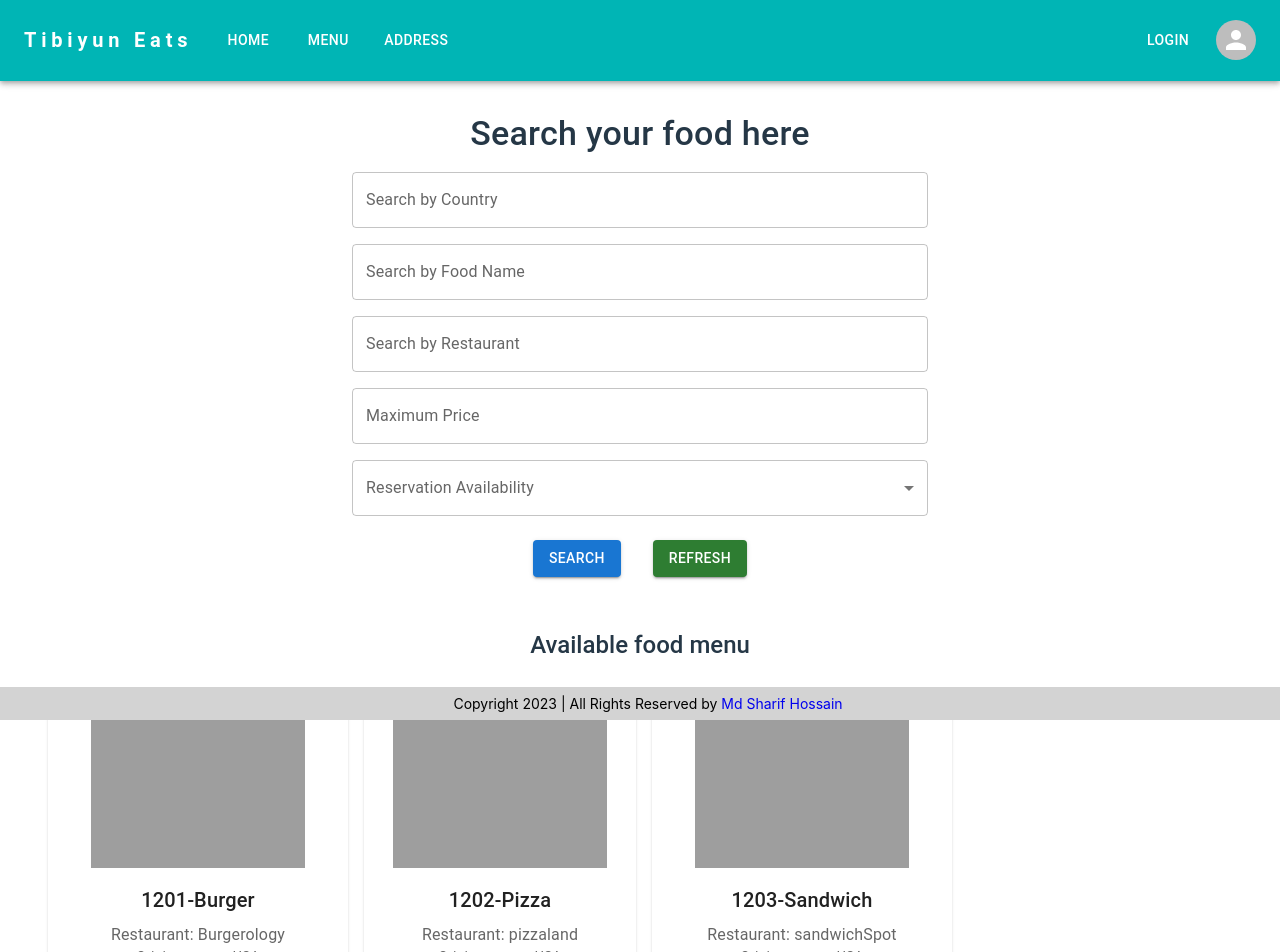
Repository: Sharif-00112/tibiyun-test-frontend
Page: /home
The author's editor kept a copy of each file at every save. The page is drawn from the files as they stood at one save, then again after the next save.
The browser window is 1280 px wide. The pictures show the part of the page from y = 0 to 952 px (the page is 3162 px tall).
Pictures or frames that could not be fetched are drawn as grey boxes. The page's requests for data from a server got no answer. The project was rebuilt for these pictures with package versions that can differ from the ones it lists, and the page was loaded fresh each time. No one was signed in, and anything a server would have sent is missing. Also part of the build but not shown: src/Pages/NotFound/NotFound.js, src/Pages/Login/Login/Login.js, src/Pages/Login/Register/Register.js, src/Pages/Dashboard/Dashboard/Dashboard.js, src/Pages/Login/PrivateRoute/PrivateRoute.js, src/Pages/Dashboard/AdminPanel/AdminPanel.js. Imported but missing from the stored project, and not drawn on this page: src/Pages/Login/AdminRoute/AdminRoute, src/hooks/useTitle.

Above is the page before, as saved 2023-08-22 15:19:48.

### src/App.js
// import logo from './logo.svg';
import './App.css';
import { BrowserRouter as Router, Route, Routes} from 'react-router-dom';
import Home from './Pages/Home/Home/Home';
import NotFound from './Pages/NotFound/NotFound';
import Login from './Pages/Login/Login/Login';
import Register from './Pages/Login/Register/Register';
import AuthProvider from './contexts/AuthProvider/AuthProvider';
import Dashboard from './Pages/Dashboard/Dashboard/Dashboard';
import PrivateRoute from './Pages/Login/PrivateRoute/PrivateRoute';
import Navbar from './Pages/Shared/Header/Navbar/Navbar';
import Footer from './Pages/Shared/Footer/Footer';
import AdminRoute from './Pages/Login/AdminRoute/AdminRoute';
import AdminPanel from './Pages/Dashboard/AdminPanel/AdminPanel';


function App() {
  return (
    <div className="App">
      <AuthProvider>
        <Router>
          <Navbar></Navbar>
          <Routes>
            <Route exact path = '/' element={<Home/>}/>
            <Route exact path = '/home' element={<Home/>}/>
            <Route exact path='/login' element={<Login/>} />
            <Route exact path='/register' element={<Register/>} />

            <Route exact path='/dashboard' element={
              <PrivateRoute>
                <Dashboard></Dashboard>
              </PrivateRoute>
            } />

            <Route exact path='/admin' element={
              <AdminRoute>
                <AdminPanel></AdminPanel>
              </AdminRoute>
            } />

            <Route path = '*' element={<NotFound/>}/>
          </Routes>
          <Footer></Footer>
        </Router>
      </AuthProvider>
    </div>
  );
}

export default App;

### src/Pages/Home/Home/Home.js
import React from 'react';
import WholeMenu from '../WholeMenu/WholeMenu';

const Home = () => {
    return (
        <div>
            <WholeMenu></WholeMenu>
        </div>
    );
};

export default Home;

### src/contexts/AuthProvider/AuthProvider.js
import React from 'react';
import { createContext } from 'react';
import useFirebase from '../../hooks/useFirebase';

export const AuthContext = createContext();

const AuthProvider = (props) => {
    const {children} = props;

    const allContexts = useFirebase();

    return (
        <AuthContext.Provider value={allContexts}>
            {children}
        </AuthContext.Provider>
    );
};

export default AuthProvider;

### src/Pages/Shared/Footer/Footer.js
import { Box, Typography } from '@mui/material';
import React from 'react';

const Footer = () => {
    return (
        <Box
            sx={{
                backgroundColor: 'lightgray',
                position: 'fixed',
                bottom: 0,
                left: 0,
                width: '100%',
                padding: '8px',
                marginTop: '15px'
            }}
        >
            <Typography sx={{ my: 0, mt: 0, fontSize: 14, fontWeight: 400 }} variant="" component="div">
                Copyright 2023 | All Rights Reserved by <a style={{textDecoration: 'none'}} href="http://www.sharif-hossain.com">Md Sharif Hossain</a>
            </Typography>
        </Box>
    );
};

export default Footer;

### src/Pages/Home/WholeMenu/WholeMenu.js
import React, { useState, useEffect } from 'react';
import Grid from '@mui/material/Grid';
import { Button, Container, Typography, TextField, MenuItem as MuiMenuItem } from '@mui/material';
import { Link } from 'react-router-dom';
import MenuItem from '../MenuItem/MenuItem';
import useAuth from '../../../hooks/useAuth';

const WholeMenu = () => {
    const { user } = useAuth();

    const [menu, setMenu] = useState([]);
    const [searchCountry, setSearchCountry] = useState('');
    const [searchFoodName, setSearchFoodName] = useState('');
    const [searchRestaurant, setSearchRestaurant] = useState('');
    const [searchMaxPrice, setSearchMaxPrice] = useState('');
    const [searchReservation, setSearchReservation] = useState('');
    const [searchResults, setSearchResults] = useState([]);

    useEffect(() => {
        const url = `/foodDB.json`;
        fetch(url)
            .then(res => res.json())
            .then(data => {
                setMenu(data);
                setSearchResults(data);
            });
    }, []);

    const filterMenuItems = () => {
        return menu.filter(menuItem =>
            menuItem.foodCountry.toLowerCase().includes(searchCountry.toLowerCase()) &&
            menuItem.foodName.toLowerCase().includes(searchFoodName.toLowerCase()) &&
            menuItem.restaurantName.toLowerCase().includes(searchRestaurant.toLowerCase()) &&
            (searchMaxPrice === '' || parseFloat(menuItem.foodPrice) <= parseFloat(searchMaxPrice)) &&
            (searchReservation === '' || menuItem.reservationAvailability.toLowerCase() === searchReservation.toLowerCase())
        );
    };

    const handleSearchSubmit = () => {
        // search operation
        const results = filterMenuItems();
        setSearchResults(results);

        // sending data to DB
        sendSearchResultsToDatabase(results);
    };

    const sendSearchResultsToDatabase = (results) => {
        const userEmail = user.email; // Replace with the actual user's email
        const currentDate = new Date().toISOString(); // Get the current date and time

        const dataToSend = {
            userEmail: userEmail,
            currentDate: currentDate,
            searchedBy: {searchCountry, searchFoodName, searchRestaurant, searchMaxPrice, searchReservation},
            searchResults: results,
        };

        const apiUrl = 'http://localhost:3010/searchResults';
        fetch(apiUrl, {
            method: 'POST',
            headers: {
                'Content-Type': 'application/json',
            },
            body: JSON.stringify(dataToSend),
        })
        .then(response => response.json())
        .then(data => {
            // console.log(data);
            if(data.insertedId){
                alert('Search result submitted successfully!');
            }
        })
        .catch(error => {
            console.error('Error sending search results to the database:', error);
        });
    };


    return (
        <div>
            <Container sx={{ flexGrow: 1, my: 4 }}>
                <Typography sx={{ fontWeight: 500, m: '25px auto 10px auto', color: '#253746' }} gutterBottom variant="h4" component="div">
                    Search your food here
                </Typography>

                <TextField
                    label="Search by Country"
                    value={searchCountry}
                    onChange={(e) => setSearchCountry(e.target.value)}
                    fullWidth
                    variant="outlined"
                    sx={{ m: 1, width: '50%' }}
                />

                <TextField
                    label="Search by Food Name"
                    value={searchFoodName}
                    onChange={(e) => setSearchFoodName(e.target.value)}
                    fullWidth
                    variant="outlined"
                    sx={{ m: 1, width: '50%' }}
                />

                <TextField
                    label="Search by Restaurant"
                    value={searchRestaurant}
                    onChange={(e) => setSearchRestaurant(e.target.value)}
                    fullWidth
                    variant="outlined"
                    sx={{ m: 1, width: '50%' }}
                />

                <TextField
                    label="Maximum Price"
                    type="number"
                    value={searchMaxPrice}
                    onChange={(e) => setSearchMaxPrice(e.target.value)}
                    fullWidth
                    variant="outlined"
                    sx={{ m: 1, width: '50%' }}
                />

                <TextField
                    select
                    label="Reservation Availability"
                    value={searchReservation}
                    onChange={(e) => setSearchReservation(e.target.value)}
                    fullWidth
                    variant="outlined"
                    sx={{ m: 1, width: '50%' }}
                >
                    <MuiMenuItem value="">All</MuiMenuItem>
                    <MuiMenuItem value="yes">Available</MuiMenuItem>
                    <MuiMenuItem value="no">Not Available</MuiMenuItem>
                </TextField>
                <br />
                {/* Submit Button */}
                <Button
                    variant="contained"
                    color="primary"
                    onClick={handleSearchSubmit}
                    sx={{ m: 2 }}
                >
                    Search
                </Button>
                <Button
                    variant="contained"
                    color="success"
                    sx={{ m: 2 }}
                    href="/"
                >
                    Refresh
                </Button>
                <br /><br />
                <Typography sx={{ fontWeight: 500, m: 2, color: '#253746' }} gutterBottom variant="h5" component="div">
                    Available food menu
                </Typography>
                <br /><br />
                <Grid container spacing={{ xs: 2, md: 3 }} columns={{ xs: 12, sm: 12, md: 12 }}>
                    {searchResults.map(menuItem => (
                        <MenuItem
                            key={menuItem.ID}
                            menuItem={menuItem}
                        />
                    ))}
                </Grid>
            </Container>
            <Typography sx={{ m: 1, color: '#2b6777', fontWeight: 400 }} variant="h6" component="div">
                Looking for something else?
            </Typography>
            <Button variant="contained" style={{ backgroundColor: '#253746' }} sx={{ mb: 4, textDecoration: 'none' }}>
                <Link to={'/contact'} style={{ textDecoration: 'none', color: 'white' }}>Contact US</Link>
            </Button>
            <br /><br />
        </div>
    );
};

export default WholeMenu;

### src/hooks/useAuth.js
import { useContext } from "react"
import { AuthContext } from "../../src/contexts/AuthProvider/AuthProvider"

const useAuth = () =>{
    return useContext(AuthContext);
}

export default useAuth;

### src/hooks/useFirebase.js
import { useState } from "react";
import initializeAuthentication from "../Pages/Login/Firebase/firebase.initialize";
import { getAuth, signInWithPopup, GoogleAuthProvider, onAuthStateChanged, signOut, createUserWithEmailAndPassword, signInWithEmailAndPassword, sendPasswordResetEmail, updatePassword, sendEmailVerification, updateProfile, getIdToken } from "firebase/auth";
import { useEffect } from "react";

initializeAuthentication();

const useFirebase = () =>{
    const [user, setUser] = useState({});
    const [error, setError] = useState('');
    const [name, setName] = useState('');
    const [email, setEmail] = useState('');
    const [password, setPassword] = useState('');
    const [isLoading, setIsLoading] = useState(true);
    const [admin, setAdmin] = useState(false);
    const [token, setToken] = useState('');

    const googleProvider = new GoogleAuthProvider();
    const auth = getAuth();

    const signInUsingGoogle = (location, navigate) =>{
      setIsLoading(true);
      signInWithPopup(auth, googleProvider)
      .then((result) => {
          // This gives you a Google Access Token. You can use it to access the Google API.
          // const credential = GoogleAuthProvider.credentialFromResult(result);
          // const token = credential.accessToken;
          // The signed-in user info.
          setUser(result.user);
          // save user to the database
          saveUserToDB(result.user.email, result.user.displayName, 'PUT');
          const destination = location?.state?.from || '/dashboard';
          navigate(destination);
      }).catch((error) => {
          // Handle Errors here.
          setError(error.code);
          setError(error.message);
          // The email of the user's account used.
          setError(error.customData.email);
          // The AuthCredential type that was used.
          setError(GoogleAuthProvider.credentialFromError(error));
      }).finally(() =>{
        setIsLoading(false);
      });
    };

    const customLogin = (email, password, location, navigate) =>{
      setIsLoading(true);
      signInWithEmailAndPassword(auth, email, password)
      .then((userCredential) => {
        // Signed in
        const destination = location?.state?.from || '/';
        navigate(destination);
        setUser(userCredential.user);
        setError('');
      })
      .catch((error) => {
        setError(error.code);
        setError(error.message);
      })
      .finally(() => setIsLoading(false));
    };

    const customRegister = (email, password, navigate, name) =>{
      setIsLoading(true);
      createUserWithEmailAndPassword(auth, email, password)
      .then((userCredential) => {
        // Signed in
        // updating name in firebase
        updateProfile(auth.currentUser, {
          displayName: name
        }).then(() => {
          // Profile updated!
        }).catch((error) => {
          setError(error.code);
          setError(error.message);
        });
        // const user = userCredential.user;
        // console.log(user);
        setUser(userCredential.user);
        // save user to the database
        saveUserToDB(userCredential.user.email, userCredential.user.displayName, 'POST')
        // clear error message
        setError('');
        alert("Registration successful. Please login now");
        logout();
        navigate('/login')
      })
      .catch((error) => {
        setError(error.code);
        setError(error.message);
      })
      .finally(() => setIsLoading(false));
    };

    const handleLoginSubmitBtn = e =>{
      e.preventDefault();
      // console.log(email, password);
      customLogin(email, password);
    }

    const handleRegisterSubmitBtn = e =>{
      e.preventDefault();
      // console.log(email, password);

      if(!/.{8,}/.test(password)){
        setError('Ensure password is of minimum length 8');
        return;
      }
      customRegister(email, password);
    }

    const handleNameChange = e =>{
      setName(e.target.value);
    }

    const handleEmailChange = e =>{
      setEmail(e.target.value);
    }

    const handlePasswordChange = e =>{
      setPassword(e.target.value);
    }

    const handleForgotPassword = () =>{
      sendPasswordResetEmail(auth, email)
      .then(() => {
        // Password reset email sent!
      })
      .catch((error) => {
        setError(error.code);
        setError(error.message);
      });
    }

    const handleChangePassword = () =>{
      const user = auth.currentUser;
      const newPassword = password;
      updatePassword(user, newPassword).then(() => {
        // Update successful.
      }).catch((error) => {
        setError(error.code);
        setError(error.message);
      });
    }

    const setUserName = () =>{
      updateProfile(auth.currentUser, {
        displayName: name
      }).then(() => {
        // Profile updated!
      }).catch((error) => {
        setError(error.code);
        setError(error.message);
      });
    }

    const verifyEmail = () =>{
      sendEmailVerification(auth.currentUser)
      .then(() => {
        // Email verification sent!
      }).catch((error) => {
        setError(error.code);
        setError(error.message);
      });
    }

    //observe user login change
    useEffect(()=>{
        const unsubscribe = onAuthStateChanged(auth, (user) => {
            if (user) {
              // User is signed in
              setUser(user);

              //JWT (different style from Firebase documentation)
              getIdToken(user)
              // .then(idToken => console.log(idToken))
              // .then(idToken => localStorage.setItem('idToken', idToken))
              .then(idToken => setToken(idToken))

            } else {
              // User is signed out
              setUser({});
            }
            setIsLoading(false);
          });
          return () => unsubscribe;
    },[auth]);

    // check Admin
    useEffect( () =>{
      fetch(`http://localhost:3010/users/${user.email}`)
      .then(res => res.json())
      .then(data => setAdmin(data.admin))
    } ,[user.email])

    const logout = () =>{
      setIsLoading(true);
      signOut(auth)
      .then(() => {
          // Sign-out successful.
          setUser({});
        }).catch((error) => {
          setError(error);
        }).finally(()=>{
          setIsLoading(false);
        });
    }

    const saveUserToDB = (email, displayName, method) =>{
      const user = {email, displayName};
      fetch('http://localhost:3010/users', {
          method: method,
          headers: {
              'content-type' : 'application/json'
          },
          body: JSON.stringify(user)
      })
      .then()
    }

    return {
      signInUsingGoogle,
      customLogin,
      customRegister,
      handleLoginSubmitBtn,
      handleRegisterSubmitBtn,
      handleNameChange,
      handleEmailChange,
      handlePasswordChange,
      handleForgotPassword,
      handleChangePassword,
      verifyEmail,
      setUserName,
      logout,
      user,
      admin,
      error,
      isLoading,
      token
    };
}

export default useFirebase;

### src/Pages/Home/MenuItem/MenuItem.js
import React from 'react';
import Grid from '@mui/material/Unstable_Grid2';
import Card from '@mui/material/Card';
import CardActions from '@mui/material/CardActions';
import CardContent from '@mui/material/CardContent';
import CardMedia from '@mui/material/CardMedia';
import Button from '@mui/material/Button';
import Typography from '@mui/material/Typography';


const MenuItem = (props) => {
    const { foodCode, foodName, foodImage, foodCountry, foodPrice, restaurantName, restaurantAddress, reservationAvailability } = props.menuItem;

    return (
        <Grid xs={6} sm={4} md={3} >
            <Card sx={{ maxWidth: 300, m:1 }}>
                <CardMedia
                    component="img"
                    src={foodImage}
                    alt={foodName}
                    style={{ width: 'auto', height: 160, margin: '0 auto', marginTop: '7px'}}
                />
                <CardContent>
                    <Typography gutterBottom variant="h6" component="div" sx={{ overflow: 'hidden', textOverflow: 'ellipsis', display: '-webkit-box', WebkitBoxOrient: 'vertical', WebkitLineClamp: 1 }}>
                        {foodCode}-{foodName}
                    </Typography>
                    <Typography variant="body1" color="text.secondary" sx={{ overflow: 'hidden', textOverflow: 'ellipsis', display: '-webkit-box', WebkitBoxOrient: 'vertical', WebkitLineClamp: 1 }}>
                        Restaurant: {restaurantName}
                    </Typography>
                    <Typography variant="body2" color="text.secondary" sx={{ overflow: 'hidden', textOverflow: 'ellipsis', display: '-webkit-box', WebkitBoxOrient: 'vertical', WebkitLineClamp: 1 }}>
                        Origin country: {foodCountry}
                    </Typography>
                    <Typography variant="body2" color="text.secondary" sx={{ overflow: 'hidden', textOverflow: 'ellipsis', display: '-webkit-box', WebkitBoxOrient: 'vertical', WebkitLineClamp: 1 }}>
                        Address: {restaurantAddress}
                    </Typography>
                    <Typography variant="body2" color="text.secondary" sx={{ overflow: 'hidden', textOverflow: 'ellipsis', display: '-webkit-box', WebkitBoxOrient: 'vertical', WebkitLineClamp: 1 }}>
                        Res. Requirement: {reservationAvailability}
                    </Typography>
                </CardContent>
                <CardActions  style={{ display: 'flex', justifyContent: 'space-around' }}>
                    <Button size="small">BDT {foodPrice}</Button>
                    <Button size="small">Order Online</Button>
                </CardActions>
            </Card>
        </Grid>
    );
};

export default MenuItem;

### src/Pages/Login/Firebase/firebase.initialize.js
// console.log(process.env);
import { initializeApp } from "firebase/app";
import firebaseConfig from "./firebase.config";

const initializeAuthentication = () =>{
    initializeApp(firebaseConfig);
}

export default initializeAuthentication;

### src/Pages/Login/Firebase/firebase.config.js
// console.log(process.env);

const firebaseConfig = {
    apiKey: process.env.REACT_APP_FIREBASE_API_KEY,
    authDomain: process.env.REACT_APP_FIREBASE_AUTH_DOMAIN,
    projectId: process.env.REACT_APP_FIREBASE_PROJECT_ID,
    storageBucket: process.env.REACT_APP_FIREBASE_STORAGE_BUCKET,
    messagingSenderId: process.env.REACT_APP_FIREBASE_MESSAGING_SENDER_ID,
    appId: process.env.REACT_APP_FIREBASE_APP_ID,
    measurementId: process.env.REACT_APP_FIREBASE_MEASUREMENT_ID
  };

  export default firebaseConfig;

Loaded but not shown: src/index.js (common file); src/index.css (common file); src/reportWebVitals.js (common file); src/App.css (common file); public/foodDB.json (202 lines, source omitted); src/Pages/Shared/Header/Navbar/Navbar.js (229 lines, source omitted)

After the next save:
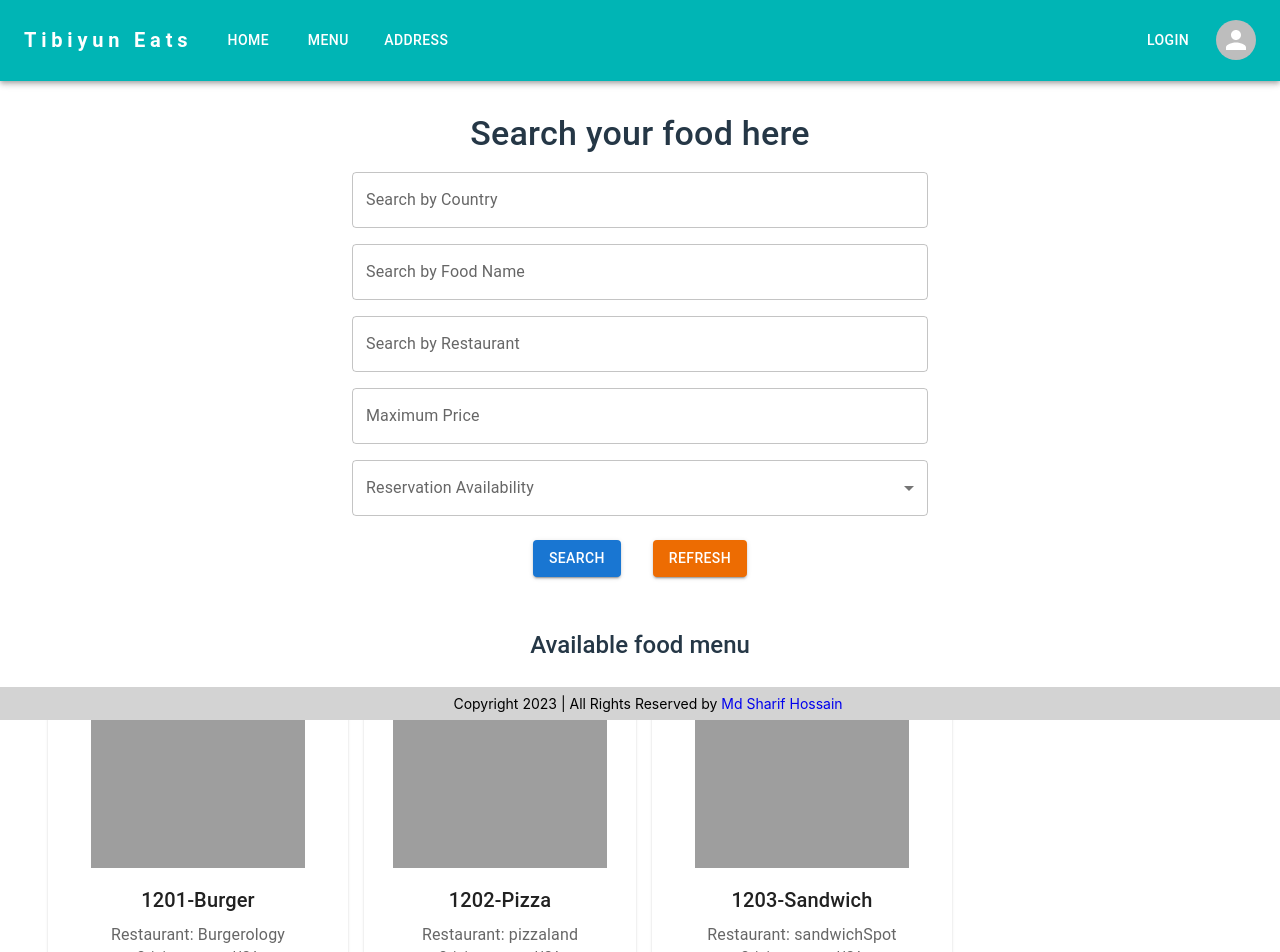
Saved 11 s later.
--- a/src/Pages/Home/WholeMenu/WholeMenu.js
+++ b/src/Pages/Home/WholeMenu/WholeMenu.js
@@ -146,7 +146,7 @@ const WholeMenu = () => {
                 </Button>
                 <Button
                     variant="contained"
-                    color="success"
+                    color="warning"
                     sx={{ m: 2 }}
                     href="/"
                 >
